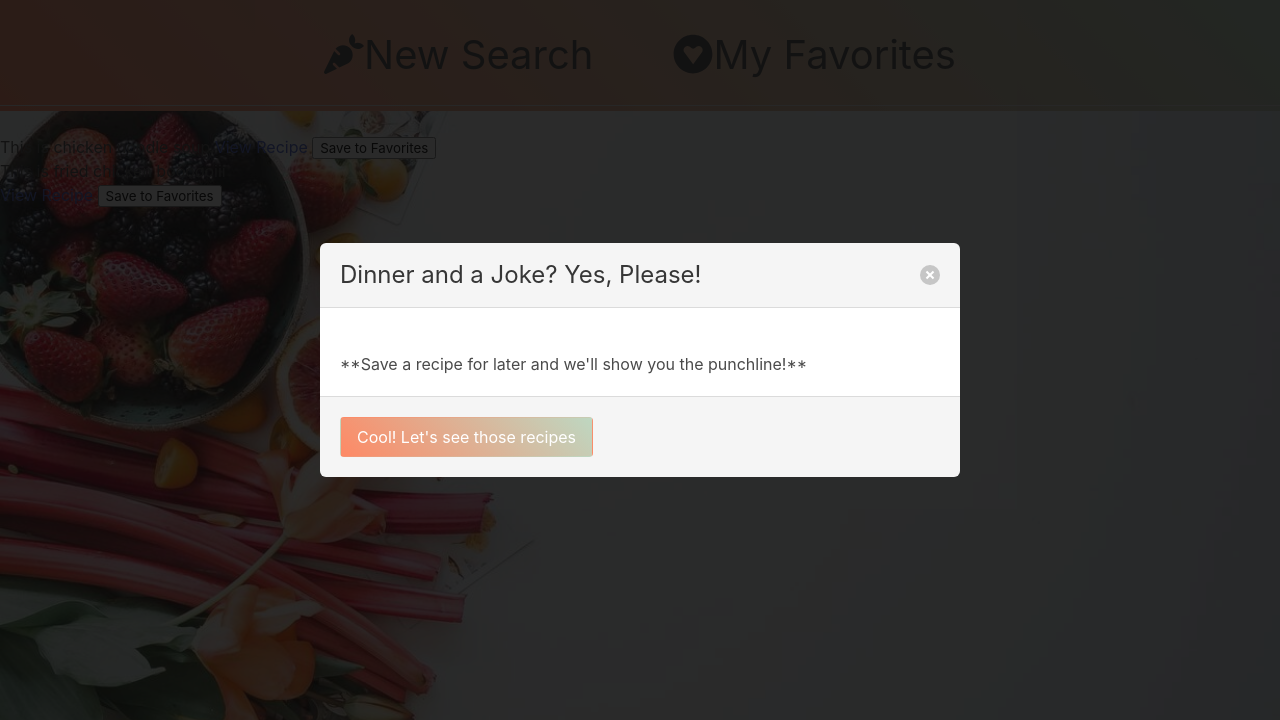
Repository: puakehaulani/the-hungry-app-proj1
Page: results.html
The author's editor kept a copy of each file at every save. The page is drawn from the files as they stood at one save, then again after the next save.
The browser window is 1280 px wide. The pictures show the window.
The page's requests for data from a server got no answer. A layer covers the whole window, so only the first screen is drawn. Some web libraries are served in a nearby version.

Above is the page before, as saved 2020-10-17 12:37:17.

### results.html
<!DOCTYPE html>
<html lang="en">

<head>
    <meta charset="UTF-8">
    <meta name="viewport" content="width=device-width, initial-scale=1.0">
    <title>Results</title>
    <!-- reset css -->
    <link rel="stylesheet" href="assets/style/reset.css">
    <!-- bulma cdn -->
    <link rel="stylesheet" href="https://cdnjs.cloudflare.com/ajax/libs/bulma/0.9.1/css/bulma.min.css">
    <!-- project css style sheet -->
    <link rel="stylesheet" href="assets/style/style.css">
</head>

<body>
    <nav class="tabs is-centered is-size-5-mobile is-size-3-tablet is-size-2-widescreen" role="navigation" aria-label="main navigation">
        <ul>
            <li>
                <!-- search new item link  -->
                <a href="index.html">
                    <span><i class="fas fa-carrot"></i></span>
                    <span>New Search</span>
                </a>
            </li>
            <li>
                <!-- link to favorites page on the left -->
                <a href="favorites.html">
                    <span><i class="fab fa-gratipay"></i></span>
                    <span>My Favorites</span>
                </a>
            </li>
        </ul>
    </nav>
    <div class=“columns”>
        <div class=“column is-offset-1 is-10" id=“resultsContentContainer”>
            <ul id=“display”>
                <li>
                    This is chicken noodle soup
                    <a href=“” class=“button,is-inverted,is-outlined”>View Recipe</a>
                    <button class=“saveBtn is-inverted is-outlined”>Save to Favorites</button>
                </li>
                <li>
                    This is fried chicken boooooiii
                    <div>
                        <a href=“” class=“button is-inverted is-outlined”>View Recipe</a>
                        <button class=“saveBtn is-inverted is-outlined”>Save to Favorites</button>
                    </div>
                </li>
            </ul>
        </div>
    </div>


    <!-- bulma fontawesome -->
    <script defer src="https://use.fontawesome.com/releases/v5.14.0/js/all.js"></script>
    <!-- jquery cdn -->
    <script src="https://code.jquery.com/jquery-3.5.1.min.js"
        integrity="sha256-9/aliU8dGd2tb6OSsuzixeV4y/faTqgFtohetphbbj0=" crossorigin="anonymous"></script>
    <!-- Our JS -->
    <script src="assets/script/results.js"></script>


    <!-- // all code below is for the modal /// -->
    <div class="modal is-active" id="test">
        <div class="modal-background"></div>
        <div class="modal-card">
            <header class="modal-card-head">
                <p class="modal-card-title">Dinner and a Joke? Yes, Please!</p>
                <button class="delete" aria-label="close"></button>
            </header>
            <section class="modal-card-body">
                <h1 id="setup"></h1>
                <br>
                <h3>**Save a recipe for later and we'll show you the punchline!**</h3>
            </section>
            <footer class="modal-card-foot">
                <button class="button is-success" id="showjokesetup">
                    Cool! Let's see those recipes
                </button>
            </footer>
        </div>
    </div>

    <!-- // all code ABOVE is for the modal /// -->
    <!--punchline modal below-->
    <div class="modal" id="punch">
        <div class="modal-background"></div>
        <div class="modal-card">
            <header class="modal-card-head">
                <p class="modal-card-title">Favorite saved! Here's your punchline:</p>
                <button class="delete" aria-label="close"></button>
            </header>
            <section class="modal-card-body">
                <h1 id="punchline"></h1>
            </section>
            <footer class="modal-card-foot">
                <button class="button is-success" id="closepunchline">
                    wow that was hilarious!
                </button>
            </footer>
        </div>
    </div>


</body>

</html>

### assets/style/style.css

html{
    background-image: url(images/foodOnSIde.jpg);
    background-size: cover;
    min-height: 800px;
    background-repeat: no-repeat;
}

.tabs{
    background-image: linear-gradient(45deg, #FE8965, #BED7C1) ;
    padding-bottom: 5px;
    padding-top: 5px;
    color: black !important;
}


.button{
    background-image: linear-gradient(45deg, #FE8965, #BED7C1) ;
    color: black;
}

/* Elements only in index html */

#indexInstructions{
    background-color: rgb(236,75,70, .75);
}

#indexInstructions p{
    font-weight: bold;
    color: white;
}

#ingredientSearch{
    display: inline-block;
}

th{
    background-image: linear-gradient(45deg, #FE8965, #BED7C1) ;
    color: black !important;
}

/* Elements that only exist on results html*/

#resultsContentContainer{
    background-color: rgb(255, 255, 255, .7);
    color: rgb(76,75,75);
    font-weight: bolder;
    float: left;
}
#display li{
    display: flex;
    justify-content: space-between;
}







#favRecipes{
    min-height: 300px;
    color: black;
    background-color: rgb(256, 256, 256, .9);
    border-radius: 15px;
}

#favRecipes h1{
    background-image: linear-gradient(45deg, #FE8965, #BED7C1) ;
    border-radius: 10px;
}

#favJokes{
    min-height: 300px;
    color: black;
    background-color: rgb(256, 256, 256, .9);
    border-radius: 15px;
}

#favJokes h1{
    background-image: linear-gradient(45deg, #FE8965, #BED7C1) ;
    border-radius: 10px;
}

### assets/script/results.js
// -----GLOBAL VAR-----
// string of user input ingredients from local storage
let ingredientsString = localStorage.getItem("ingredients")
console.log(ingredientsString);

// -----build functions-----

// ---build ingredient endpoint function---
function buildIngredientsURL() {
    let ingredientsAPIURL = "https://api.spoonacular.com/recipes/findByIngredients?"
    let ingredientsParams = {
        //route to user input id for ingredients
        apiKey: "eb7473b82620444ab521e6fa290c08a3",
        //route to user input id for recipe type (query)
        ingredients: ingredientsString,
        // //route to user input id for number of results
        // number: "",
    };
    console.log(ingredientsAPIURL + $.param(ingredientsParams));
    return ingredientsAPIURL + $.param(ingredientsParams);
}


// show results function
function showResults(responseli) {
    // -----build recipe url-----
    let $display = $("#display");
    $display.empty();
    for (i = 0; i < 10; i++) {
        let li = $("<li>");
        let viewBtn = $("<a>");
        let saveBtn = $("<button>");
        li.text(responseli[i].title);
        viewBtn.text("View Recipe");
        viewBtn.attr("class", "button is-inverted is-outlined");
        viewBtn.attr("target", "_blank")
        saveBtn.text("Save to Favorites");
        saveBtn.attr("id", "saveBtn");
        saveBtn.attr("class", "is-inverted is-outlined");

        li.append(viewBtn);
        li.append(saveBtn);
        $display.append(li);

        let recipeId = responseli[i].id;
        console.log(recipeId);
        let recipeAPI = "https://api.spoonacular.com/recipes/" + recipeId + "/information?apiKey=eb7473b82620444ab521e6fa290c08a3&includeNutrition=false";
        // ajax call to get url for recipe, commented out to preserve quota
        $.ajax({
            url: recipeAPI,
            method: "GET",
        }).then(function (response) {
            console.log(response);
            let responseLink = response.sourceUrl;
            console.log(responseLink);
            li.attr("data-link", responseLink);
            viewBtn.attr("href", responseLink);
        })
    }
}


// https://official-joke-api.appspot.com/random_joke
// ----build URL function----

$(document).ready(function () {
    let queryURL = "https://official-joke-api.appspot.com/random_joke";
    $.ajax({
        url: queryURL,
        method: "GET"
    }).then(function (response) {
        console.log(response.setup);
        console.log(response.punchline);
        $("#setup").text(response.setup)
        $("#punchline").text(response.punchline)
        localStorage.setItem("punchline", response.punchline)
        localStorage.setItem("setup", response.setup)
    });

    // event listener and handling for a user that doesn't want to see joke
    $("#nojoke").on("click", function () {
        console.log("no")
    });


    let test = document.querySelector("#test");
    let showjokesetup = document.querySelector("#showjokesetup");
    console.log(showjokesetup);
    showjokesetup.addEventListener("click", function () {
        test.classList.toggle("is-active");
    })
});


// -----CALLS-----
let ingredientAPI = buildIngredientsURL();
//ajax call working, commented out to preserve quota
$.ajax({
    url: ingredientAPI,
    method: "GET",
}).then(function (response) {
    console.log(response);
    showResults(response);
    // click function for save btn, same format as for modal earlier //
    let punch = document.querySelector("#punch");
    let showpunchline = document.querySelector("#saveBtn");
    console.log("lexilog " + showpunchline);
    showpunchline.addEventListener("click", function () {
        punch.classList.toggle("is-active");
        console.log("lexilog2 " + localStorage.getItem("punchline"));
        $("#punchline").text(localStorage.getItem("punchline"));

        //these local storages needs work, this will currently just store one
        // localStorage.setItem("favetitle ", );
        // localStorage.setItem("favelink ", );
    })
    // click function to close modal
    let closepunchline = document.querySelector("#closepunchline");
    console.log("lexilogclose " + closepunchline);
    closepunchline.addEventListener("click", function () {
        punch.classList.toggle("is-active");
    })
})

Loaded but not shown: assets/style/reset.css (common file)

After the next save:
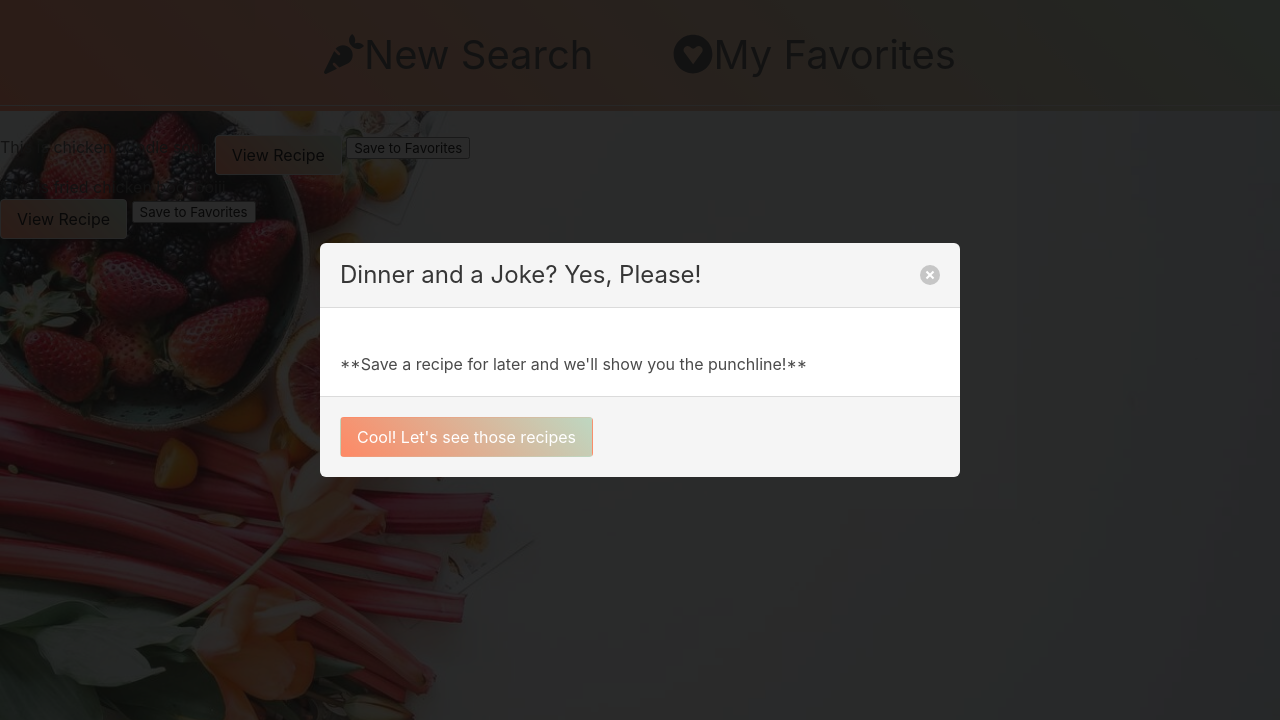
Saved 74 s later.
--- a/results.html
+++ b/results.html
@@ -37,14 +37,14 @@
             <ul id=“display”>
                 <li>
                     This is chicken noodle soup
-                    <a href=“” class=“button,is-inverted,is-outlined”>View Recipe</a>
-                    <button class=“saveBtn is-inverted is-outlined”>Save to Favorites</button>
+                    <a href=“” class="button is-inverted is-outlined">View Recipe</a>
+                    <button class="saveBtn is-inverted is-outlined">Save to Favorites</button>
                 </li>
                 <li>
                     This is fried chicken boooooiii
                     <div>
-                        <a href=“” class=“button is-inverted is-outlined”>View Recipe</a>
-                        <button class=“saveBtn is-inverted is-outlined”>Save to Favorites</button>
+                        <a href=“” class="button is-inverted is-outlined">View Recipe</a>
+                        <button class="saveBtn is-inverted is-outlined">Save to Favorites</button>
                     </div>
                 </li>
             </ul>
